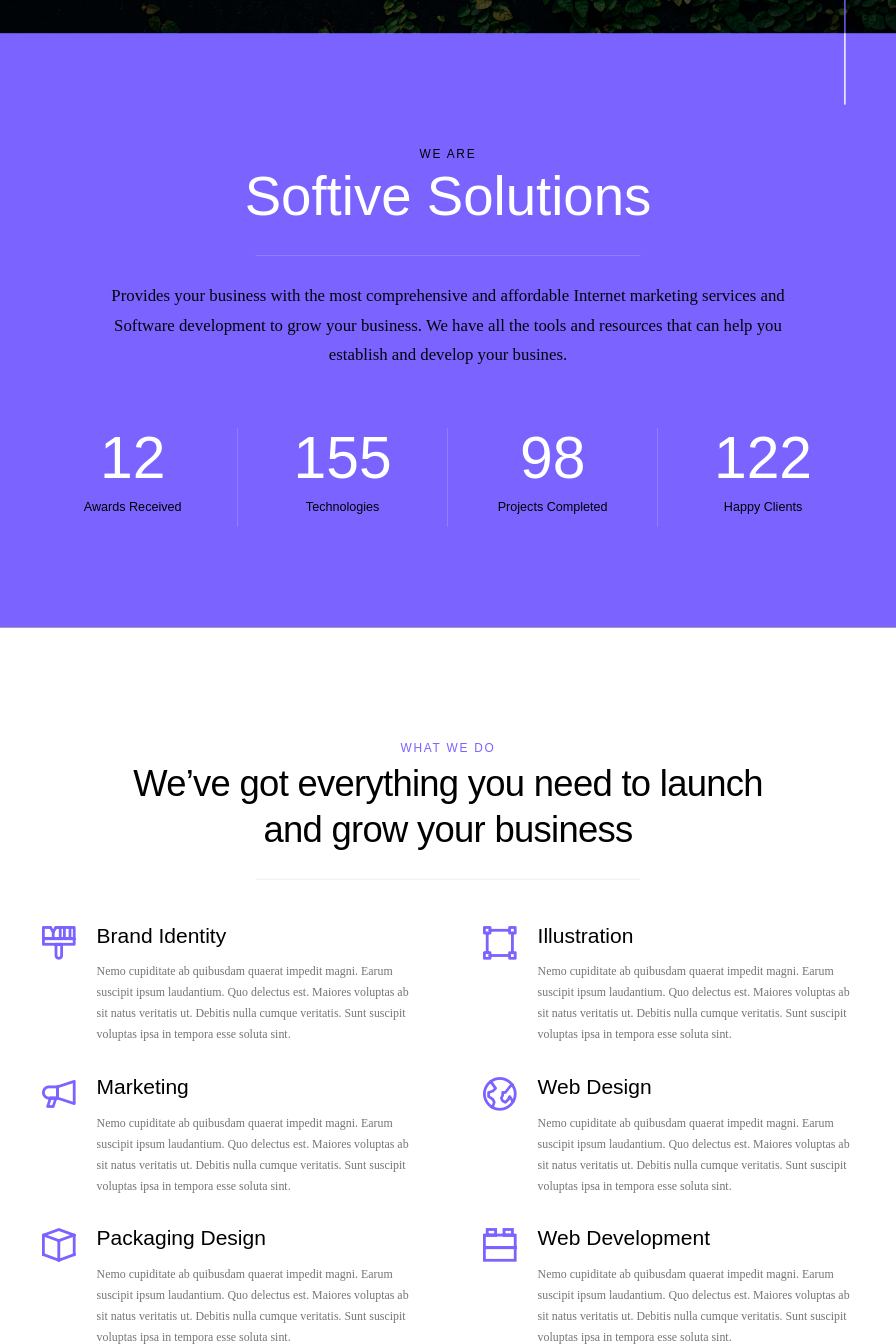
Repository: ahsankalim09/light-Agency
Page: index.html
The author's editor kept a copy of each file at every save. The page is drawn from the files as they stood at one save, then again after the next save.
The browser window is 1280 px wide. The pictures show the part of the page from y = 739 to 2659 px (the page is 8360 px tall before and 8326 px after), at 70% of full size.
Some web fonts or font styles are not loaded; a fallback is used.

Above is the page before, as saved 2020-12-27 19:29:41.

After the next save:
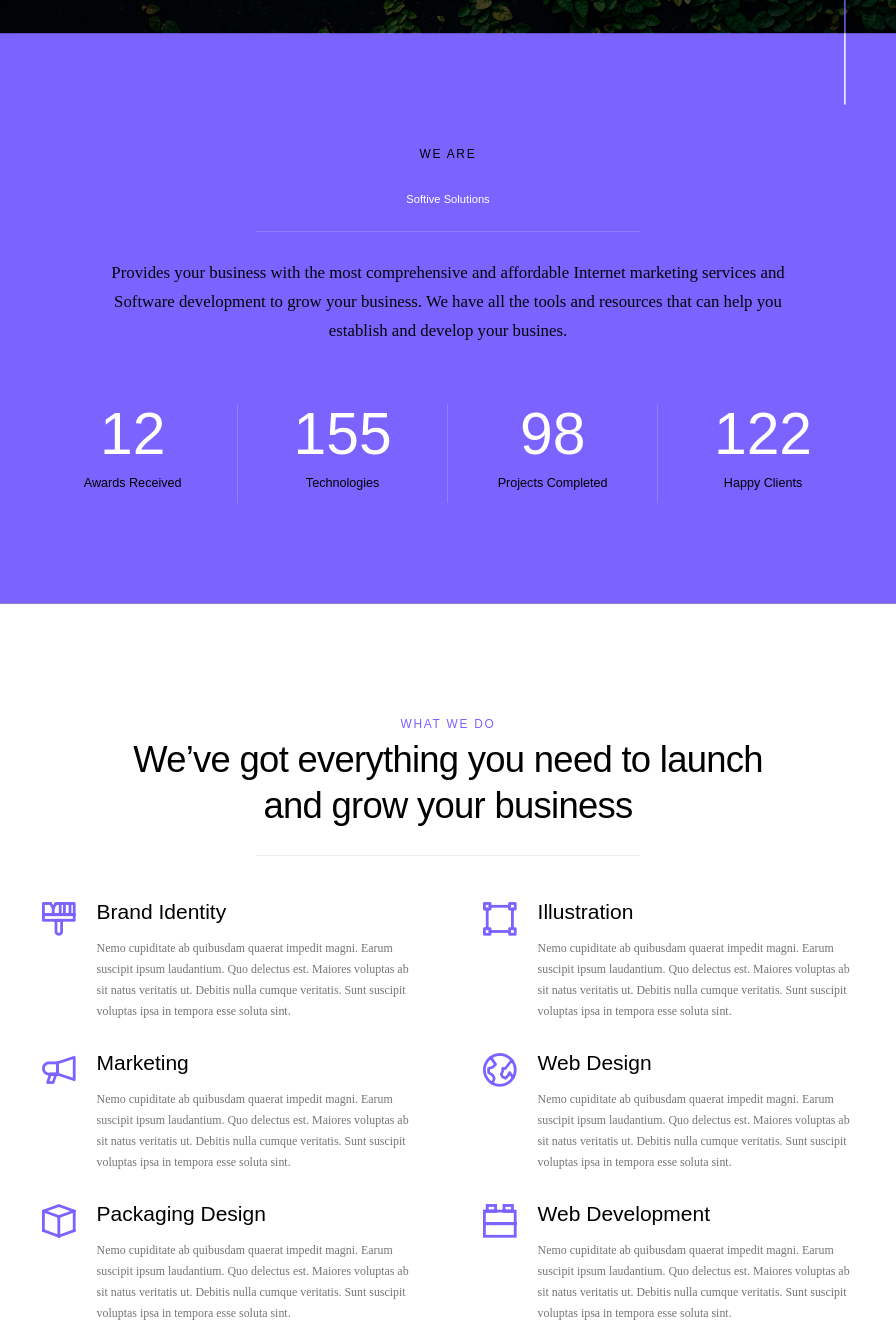
Saved 16 s later.
--- a/index.html
+++ b/index.html
@@ -122,7 +122,7 @@ More About Us
 <div class="row section-header has-bottom-sep" data-aos="fade-up">
 <div class="col-full">
 <h3 class="subhead subhead--dark">We Are</h3>
-<h5 class="display-1 display-1--light">Softive Solutions</h5>
+<h5 class=" display-1--light">Softive Solutions</h5>
 </div>
 </div>
 <div class="row about-desc" data-aos="fade-up">
